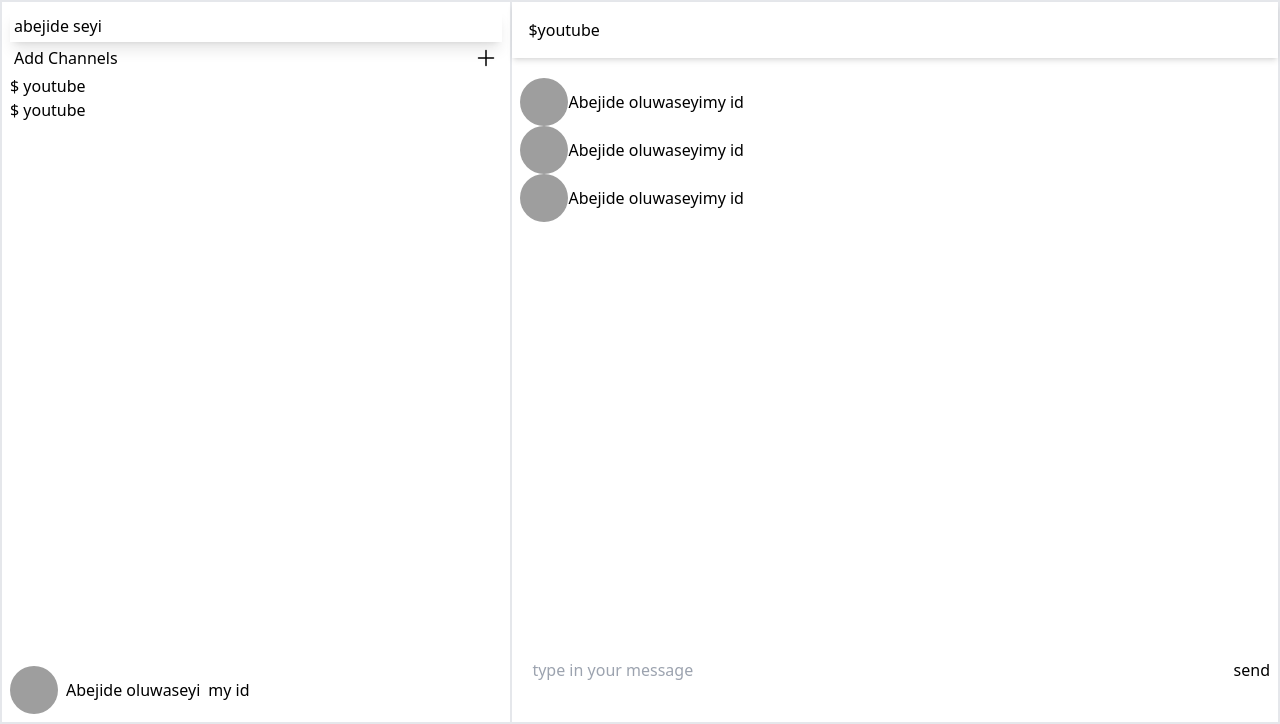
Repository: Semanmernstack/chat-mini
Page: /
These files come from the project's save history. The page is drawn as it stood at one moment and after the next save; the edit follows.
The browser window is 1280 px wide. The pictures show the whole page.
Pictures or frames that could not be fetched are drawn as grey boxes. The project was rebuilt for these pictures with package versions that can differ from the ones it lists, and the page was loaded fresh each time. Also part of the build but not shown: src/features/counter/Counter.module.css, src/features/counter/Counter.js.

Above is the page before, as saved 2022-11-14 08:10:13.

### src/App.js
import React from 'react';
import logo from './logo.svg';
import { Counter } from './features/counter/Counter';
import Sidebar from './Sidebar';
import Body from './Body';


function App() {
  return (

    <div className="flex     max-w-screen-xl mx-auto border-2">


      <div className=" flex-[0.4] h-screen ">
        <Sidebar/>
      </div>
      <div className=" flex-[0.6] h-screen">
        <Body/>
      </div>
    </div>
  );
}

export default App;

### src/features/counter/counterSlice.js
import { createAsyncThunk, createSlice } from '@reduxjs/toolkit';
import { fetchCount } from './counterAPI';

const initialState = {
  value: 0,
  status: 'idle',
};

// The function below is called a thunk and allows us to perform async logic. It
// can be dispatched like a regular action: `dispatch(incrementAsync(10))`. This
// will call the thunk with the `dispatch` function as the first argument. Async
// code can then be executed and other actions can be dispatched. Thunks are
// typically used to make async requests.
export const incrementAsync = createAsyncThunk(
  'counter/fetchCount',
  async (amount) => {
    const response = await fetchCount(amount);
    // The value we return becomes the `fulfilled` action payload
    return response.data;
  }
);

export const counterSlice = createSlice({
  name: 'counter',
  initialState,
  // The `reducers` field lets us define reducers and generate associated actions
  reducers: {
    increment: (state) => {
      // Redux Toolkit allows us to write "mutating" logic in reducers. It
      // doesn't actually mutate the state because it uses the Immer library,
      // which detects changes to a "draft state" and produces a brand new
      // immutable state based off those changes
      state.value += 1;
    },
    decrement: (state) => {
      state.value -= 1;
    },
    // Use the PayloadAction type to declare the contents of `action.payload`
    incrementByAmount: (state, action) => {
      state.value += action.payload;
    },
  },
  // The `extraReducers` field lets the slice handle actions defined elsewhere,
  // including actions generated by createAsyncThunk or in other slices.
  extraReducers: (builder) => {
    builder
      .addCase(incrementAsync.pending, (state) => {
        state.status = 'loading';
      })
      .addCase(incrementAsync.fulfilled, (state, action) => {
        state.status = 'idle';
        state.value += action.payload;
      });
  },
});

export const { increment, decrement, incrementByAmount } = counterSlice.actions;

// The function below is called a selector and allows us to select a value from
// the state. Selectors can also be defined inline where they're used instead of
// in the slice file. For example: `useSelector((state: RootState) => state.counter.value)`
export const selectCount = (state) => state.counter.value;

// We can also write thunks by hand, which may contain both sync and async logic.
// Here's an example of conditionally dispatching actions based on current state.
export const incrementIfOdd = (amount) => (dispatch, getState) => {
  const currentValue = selectCount(getState());
  if (currentValue % 2 === 1) {
    dispatch(incrementByAmount(amount));
  }
};

export default counterSlice.reducer;

### src/Sidebar.js
import React from 'react'
import Sidebarlist from './app/Sidebarlist'

function Sidebar() {
  return (
    <div className="flex flex-col h-screen  border-r-2 p-2 mb-4">
        <div className="flex-1"  >
        <div className="shadow-lg p-1">
            <h1>abejide seyi</h1>
        </div>
        <div  className="flex p-1   items-center justify-between">
           <h1>Add Channels</h1>
           <svg xmlns="http://www.w3.org/2000/svg" fill="none" viewBox="0 0 24 24" strokeWidth={1.5} stroke="currentColor" className="w-6 h-6">
                <path strokeLinecap="round" strokeLinejoin="round" d="M12 4.5v15m7.5-7.5h-15" />
            </svg>
        </div>
        <div  >
        <Sidebarlist/>
        <Sidebarlist/>


        </div>


        </div>
        <div className=" flex items-center space-x-2">
            <img className="h-12 w-12 rounded-full"   src="https://cdn.pixabay.com/photo/2022/10/17/15/55/meditate-7528123__340.jpg" alt="img" />
            <h3>Abejide oluwaseyi</h3>
            <span>my id</span>
        </div>


    </div>
  )
}

export default Sidebar

### src/Body.js
import React from 'react'
import BodyHeader from './BodyHeader'
import Message from './Message'

function Body() {
  return (
    <div className="flex flex-col h-screen  ">
        <div className="flex-1 ">
        <BodyHeader/>
        <div className="my-3" >
            <Message/>
            <Message/>
            <Message/>
        </div>
        </div>
        <div className="mb-5">
        <form className=" flex p-2 space-x-2 ">
            <input className="flex-1 w-[100%] outline-none p-3 border-none" type="text" placeholder='type in your message' />
            <button>send</button>
        </form>
        </div>
    </div>
  )
}

export default Body

### src/app/Sidebarlist.js
import React from 'react'

function Sidebarlist() {
  return (
    <div className="flex items-center justify-between">
        <h2>
         $   <span>youtube</span>
        </h2>
    </div>
  )
}

export default Sidebarlist

### src/BodyHeader.js
import React from 'react'

function BodyHeader() {
  return (
    <div className=" shadow-md mb-5   p-4">


            <h1 >$youtube</h1>





    </div>
  )
}

export default BodyHeader

### src/Message.js
import React from 'react'

function Message() {
  return (
    <div className=" flex items-center mx-2  ">
            <img className="h-12 w-12 rounded-full"   src="https://cdn.pixabay.com/photo/2022/10/17/15/55/meditate-7528123__340.jpg" alt="img" />
            <h3>Abejide oluwaseyi</h3>
            <span>my id</span>
        </div>
  )
}

export default Message

Loaded but not shown: public/index.html (common file); src/index.js (common file); src/app/store.js (common file); src/reportWebVitals.js (common file); src/index.css (common file); src/features/counter/counterAPI.js (common file); tailwind.config.js (common file)

After the next save:
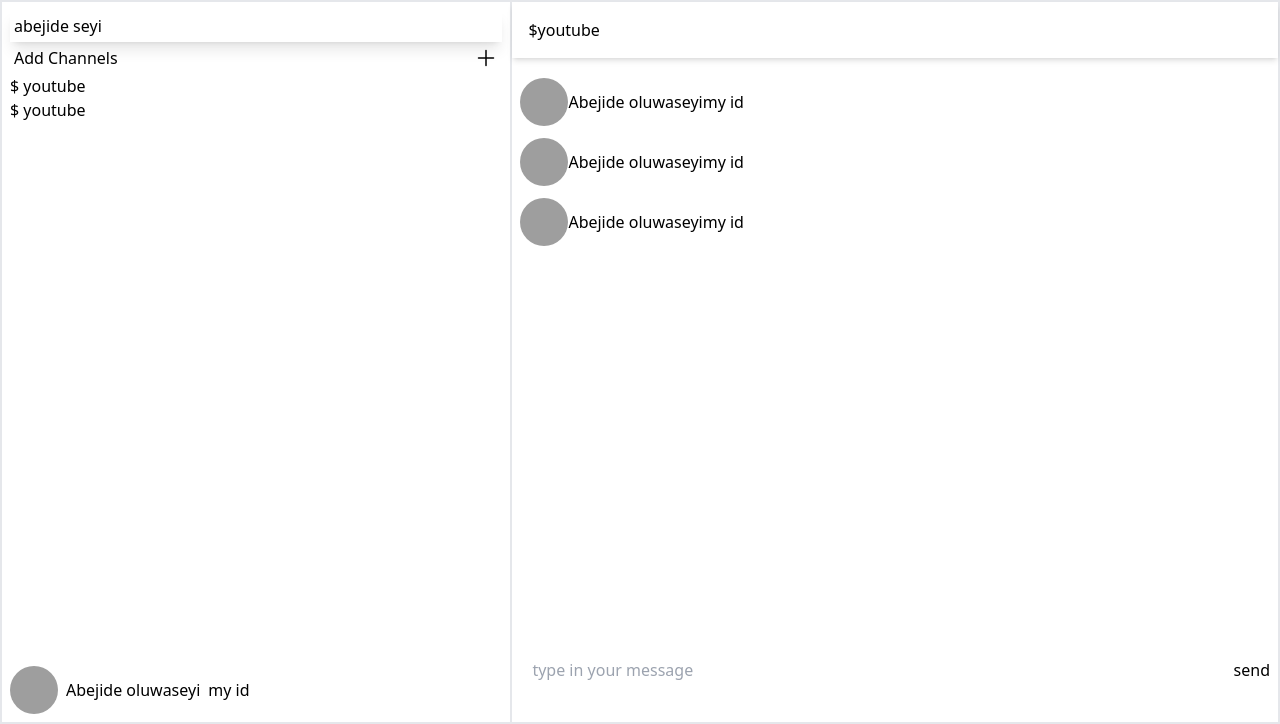
Saved 24 s later.
--- a/src/Message.js
+++ b/src/Message.js
@@ -2,7 +2,7 @@ import React from 'react'
 
 function Message() {
   return (
-    <div className=" flex items-center mx-2  ">
+    <div className=" flex items-center mx-2 my-3  ">
             <img className="h-12 w-12 rounded-full"   src="https://cdn.pixabay.com/photo/2022/10/17/15/55/meditate-7528123__340.jpg" alt="img" />
             <h3>Abejide oluwaseyi</h3>
             <span>my id</span>
